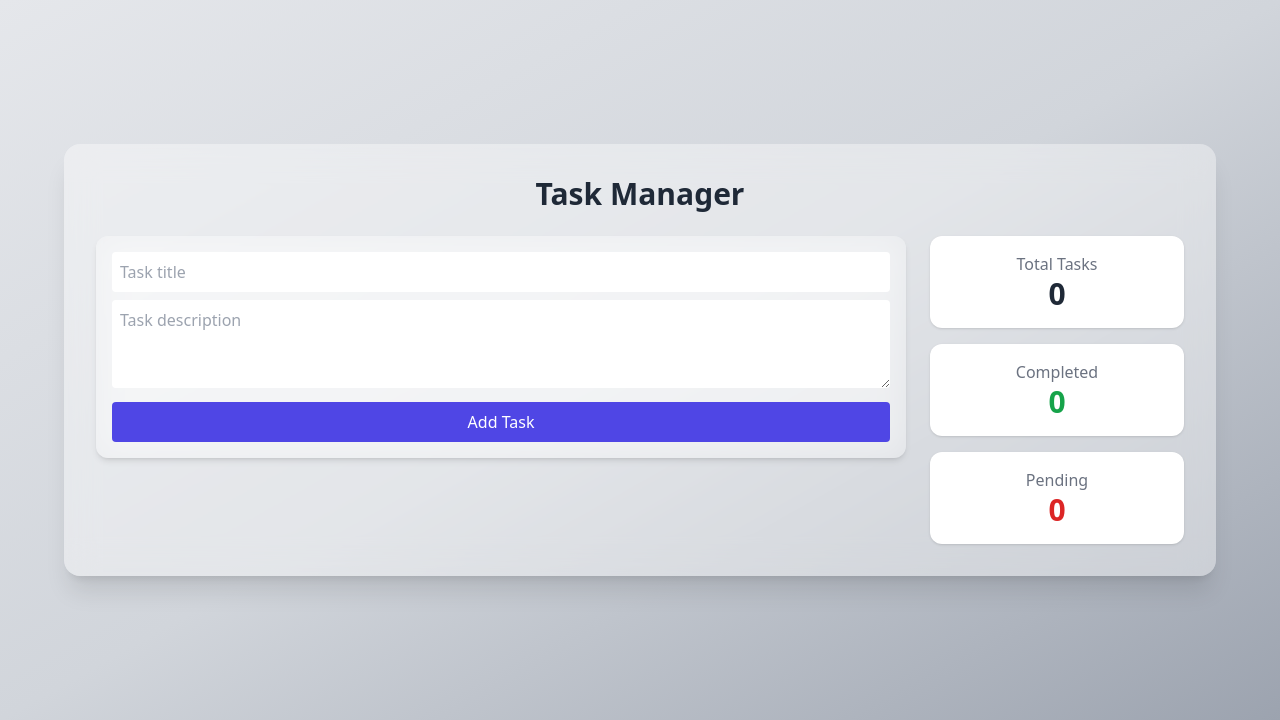
Repository: Meenakshi-commits/mern-task-manager
Page: / (app in client/)
These files come from the project's save history. The page is drawn as it stood at one moment and after the next save; the edit follows.
The browser window is 1280 px wide. The pictures show the whole page.
The page's requests for data from a server got no answer. The project was rebuilt for these pictures with package versions that can differ from the ones it lists, and the page was loaded fresh each time. No one was signed in, and anything a server would have sent is missing. Also part of the build but not shown: client/vite.config.js, client/src/components/TaskItem.jsx.

Above is the page before, as saved 2026-01-08 12:19:05.

After the next save:
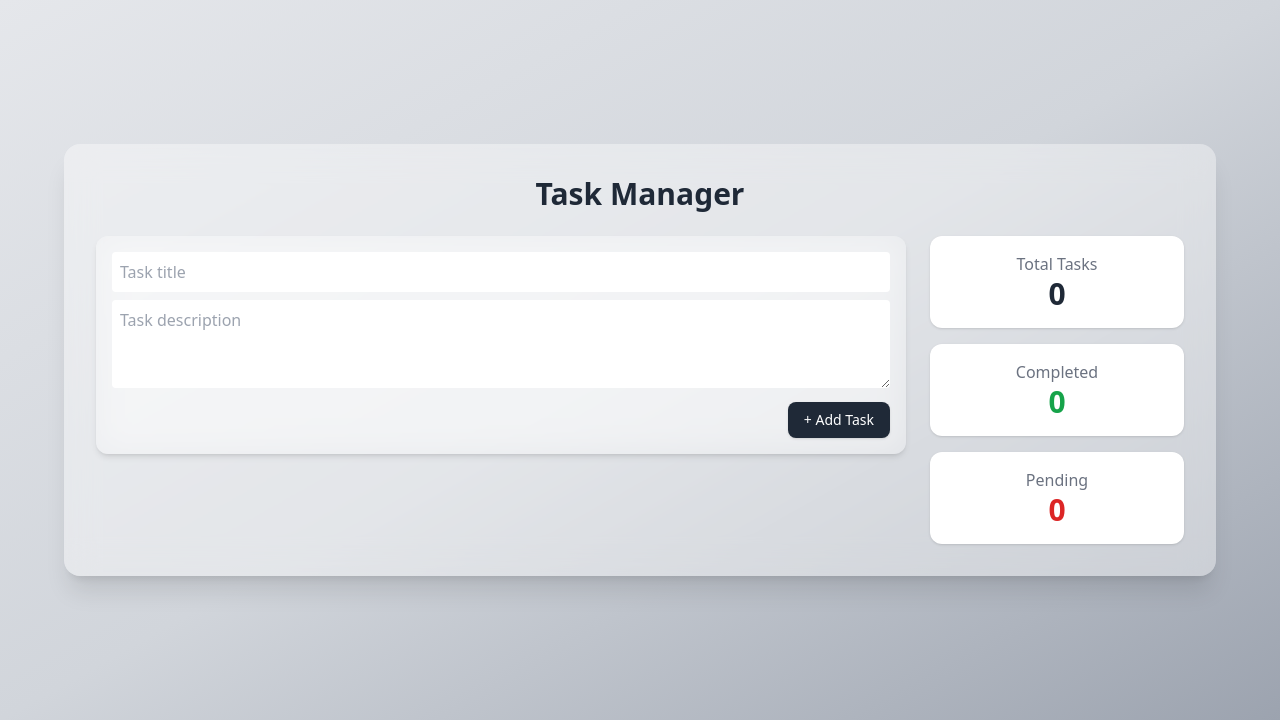
Saved 2 min 11 s later.
--- a/client/src/components/TaskForm.jsx
+++ b/client/src/components/TaskForm.jsx
@@ -40,9 +40,25 @@ export default function TaskForm({ fetchTasks }) {
         onChange={(e) => setDescription(e.target.value)}
       />
 
-      <button className="w-full bg-indigo-600 text-white py-2 rounded hover:bg-indigo-700">
-        Add Task
-      </button>
+     <div className="flex justify-end">
+  <button
+    type="submit"
+    className="
+      px-4 py-2
+      bg-gray-800
+      text-white
+      text-sm
+      rounded-lg
+      hover:bg-gray-900
+      transition
+      duration-200
+      shadow
+    "
+  >
+    + Add Task
+  </button>
+</div>
+
     </form>
   );
 }
